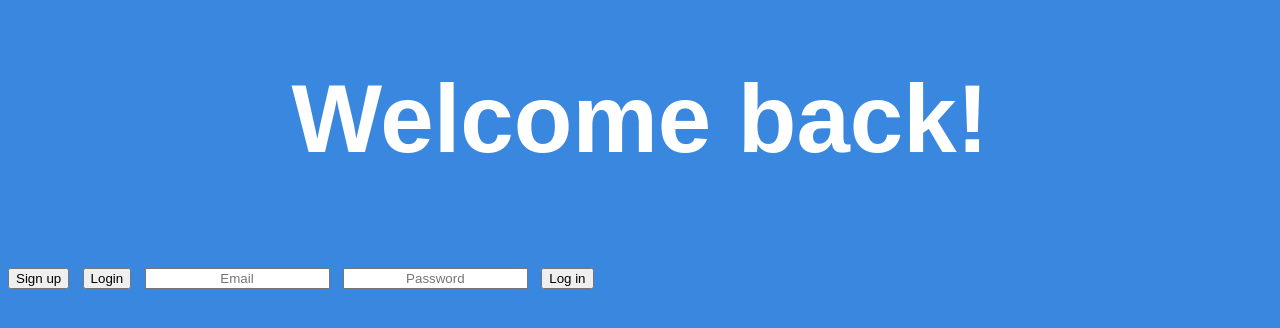
Repository: NicolasssCarlos/basic-flask-login
Page: http://localhost/
These files come from the project's save history. The page is drawn as it stood at one moment and after the next save; the edit follows.
The browser window is 1280 px wide. The pictures show the whole page.
The page is served by the project's application, run on Flask 3 (app.py).

Above is the page before, as saved 2025-06-11 20:10:58.

### templates/index.html
<!DOCTYPE html>
<html lang="en">
<head>
    <meta charset="UTF-8">
    <meta name="viewport" content="width=device-width, initial-scale=1.0">


    <link rel="stylesheet" href="{{url_for('static', filename='main.css')}}">
    <title>Document</title>
</head>
<body class="login">


    <div class="container">


        <h1>Welcome back!</h1>


        <div class="login">


            <form method="post">


                <div class="inputs">


                    <button type="button" onclick="window.location.href='/signup'">Sign up</button>


                    <button type="button" onclick="window.location.href='/'">Login</button>


                    <input type="email" name="email" placeholder="Email">


                    <input type="password" name="password" placeholder="Password">


                    <button type="submit">Log in</button>



                </div>



            </form>



        </div>


        {% if welcome %}


            {{ welcome }}


        {% elif error %}


            {{ error }}


        {% endif %}



    </div>



</body>
</html>

### app.py
from flask import Flask, render_template, request
import sqlite3



app = Flask(__name__)



connection = sqlite3.connect("users_log.db", check_same_thread=False)
cursor = connection.cursor()



cursor.execute("""
    CREATE TABLE IF NOT EXISTS users_log (
        id INTEGER PRIMARY KEY AUTOINCREMENT,
        name TEXT,
        username TEXT,
        email TEXT,
        password TEXT
    )
""")

@app.route("/", methods=["POST", "GET"])
def home():
    welcome = error = ""

    if request.method == "POST":
        email = request.form.get("email")
        password = request.form.get("password")

        cursor.execute("SELECT * FROM users_log WHERE email = ?", (email,))
        user_found = cursor.fetchone()

        if user_found:
            if user_found[4] == password:
                welcome = f"Welcome, {user_found[1]}"
            else:
                error = "Login failed. Incorrect email or password"

    return render_template("index.html", welcome=welcome, error=error)

@app.route("/signup", methods=["POST", "GET"])
def signup():
    errors = []
    welcome = ""

    if request.method == "POST":
        name = request.form.get("name")
        username = request.form.get("username")
        email = request.form.get("email")
        password = request.form.get("password")

        if name and username and email and password:
            cursor.execute("SELECT * FROM users_log WHERE email = ?", (email,))
            if cursor.fetchone():
                errors.append("Email is already in use")

            cursor.execute("SELECT * FROM users_log WHERE username = ?", (username,))
            if cursor.fetchone():
                errors.append("Username is already in use")

            if not errors:
                cursor.execute(
                    "INSERT INTO users_log (name, username, email, password) VALUES (?, ?, ?, ?)",
                    (name, username, email, password)
                )

                cursor.execute("SELECT * FROM users_log WHERE username = ?", (username,))
                user = cursor.fetchone()
                user_name = user[1]
                welcome = f"Welcome, {user_name}"

    return render_template("login.html", errors=errors, welcome=welcome)

if __name__ == "__main__":
    app.run(debug=True)

### static/main.css
.login {

    font-family: Arial, Helvetica, sans-serif;


    font-size: 3rem;


    background-color: #3a87df;


    color: #fff;


    margin-bottom: 0;



}


.login h1 {


    align-items: center;


    justify-content: center;


    text-align: center;



}


.login .container input {


    align-items: center;

    justify-content: center;


    text-align: center;
}

After the next save:
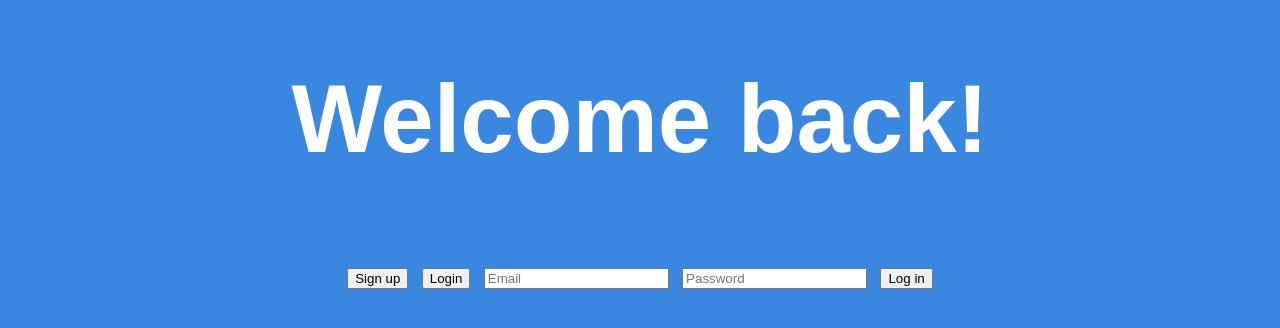
Saved 12 s later.
--- a/static/main.css
+++ b/static/main.css
@@ -35,7 +35,7 @@
 }
 
 
-.login .container input {
+.login .container .inputs {
 
 
     align-items: center;
